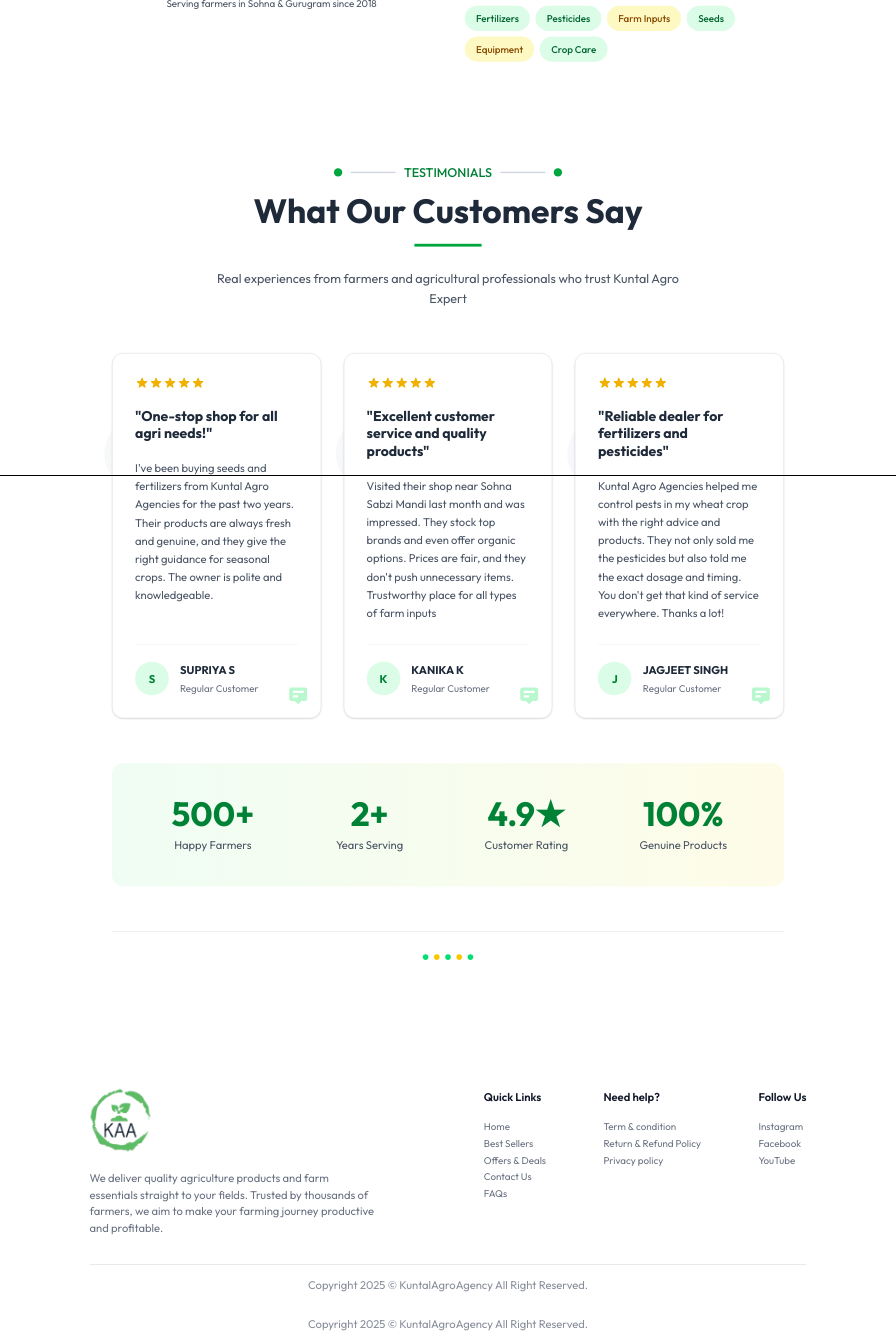
Repository: deepak445566/agro
Page: / (app in client/)
An editor plug-in stored every save of this project. The page is shown before and after the next save, followed by the edit.
The browser window is 1280 px wide. The pictures show the part of the page from y = 2225 to 4145 px (the page is 4145 px tall), at 70% of full size.
The page's requests for data from a server got no answer. Some web fonts or font styles are not loaded; a fallback is used. The project was rebuilt for these pictures with package versions that can differ from the ones it lists, and the page was loaded fresh each time. No one was signed in, and anything a server would have sent is missing. Also part of the build but not shown: client/vite.config.js, client/src/components/ProductCard.jsx, client/src/components/BottomBanner.jsx, client/src/components/NewsLetter.jsx, client/src/components/Login.jsx, client/src/pages/AllProduct.jsx, client/src/pages/Productcato.jsx, client/src/pages/ProductDetail.jsx and 13 more.

Above is the page before, as saved 2025-12-23 10:26:47.

### client/index.html
<!doctype html>
<html lang="en">
  <head>
    <meta charset="UTF-8" />
    <link rel="icon" type="image/svg+xml" href="/logo1.png" />
    <meta name="viewport" content="width=device-width, initial-scale=1.0" />
    <title>Kuntal Agro Agencies</title>
  </head>
  <body>
    <div id="root"></div>
    <script type="module" src="/src/main.jsx"></script>
  </body>
</html>

### client/src/main.jsx
import { StrictMode } from 'react'
import { createRoot } from 'react-dom/client'
import './index.css'
import App from './App.jsx'
import {BrowserRouter} from 'react-router-dom'
import { AppContextProvider } from './context/AppContext.jsx'


createRoot(document.getElementById('root')).render(
  <BrowserRouter>
  <AppContextProvider>
    <App />
    </AppContextProvider>
 </BrowserRouter>,
)

### client/src/index.css



@import url('https://fonts.googleapis.com/css2?family=Anton&family=Archivo+Black&family=Bebas+Neue&family=Bungee&family=Exo+2:ital,wght@0,100..900;1,100..900&family=Frijole&family=Kaushan+Script&family=Lilita+One&family=Mozilla+Headline:wght@200..700&family=Outfit:wght@100..900&family=Poppins:ital,wght@0,100;0,200;0,300;0,400;0,500;0,600;0,700;0,800;0,900;1,100;1,200;1,300;1,500;1,600;1,700;1,800;1,900&family=Rowdies:wght@300;400;700&family=Signika+Negative:wght@300..700&display=swap');

@import "tailwindcss";

*{
  font-family: "Outfit", sans-serif;
}
@theme {
  --color-primary:#4fbf8b;
  --color-primary-dull: #44ae7c;
}
/* ખાસ modal transitions */
.modal-enter {
  opacity: 0;
  transform: scale(0.9);
}

.modal-enter-active {
  opacity: 1;
  transform: scale(1);
  transition: opacity 300ms, transform 300ms;
}

.modal-exit {
  opacity: 1;
}

.modal-exit-active {
  opacity: 0;
  transform: scale(0.9);
  transition: opacity 300ms, transform 300ms;
}

### client/src/App.jsx
import React from 'react'
import Navbar from './components/Navbar'
import Home from './pages/Home'
import { Route, Routes, useLocation } from 'react-router-dom'
import { Toaster } from 'react-hot-toast';
import Footer from './components/Footer';
import { useAppContext } from './context/AppContext';
import Login from './components/Login';
import AllProduct from './pages/AllProduct';
import Productcato from './pages/Productcato';
import ProductDetail from './pages/ProductDetail';
import Cart from './pages/Cart';
import Addaddress from './components/Addaddress';
import Myorders from './pages/Myorders';
import SellerLogin from './components/seller/SellerLogin';
import SellerLayout from './pages/seller/SellerLayout';
import Addproduct from './pages/seller/Addproduct';
import ProductList from './pages/seller/ProductList';
import Order from './pages/seller/Order';
import Loading from './components/Loading';
import TermsAndConditions from './pages/Term';
import ReturnRefundPolicy from './pages/Return';
import PrivacyPolicy from './pages/Policy';
import Contact from './components/Contact';

function App() {
  const isSellerPath = useLocation().pathname.includes("seller");
  const {showLogin,isSeller} = useAppContext();

  return (
    <>
      <div className='text-default min-h-screen text-gray-700 bg-white'>
        {isSellerPath ? null : <Navbar/>}
        {showLogin ? <Login/> : null}
        <Toaster></Toaster>
        <div className={` ${isSellerPath ? " ":"px-6 md:px-16 lg:px-24 xl:px-32" }`}>
          <Routes>
            <Route path='/' element={<Home/>}/>
            <Route path='/products' element={<AllProduct/>}/>

            {/* सबसे specific route पहले - subcategory route */}
            <Route path='/products/:category/:subcategory' element={<Productcato/>}/>

            {/* फिर category route */}
            <Route path='/products/:category' element={<Productcato/>}/>

            {/* Product detail के लिए अलग route pattern */}
            <Route path='/product/:id' element={<ProductDetail/>}/>

            <Route path='/cart' element={<Cart/>}/>
            <Route path='/add-address' element={<Addaddress/>}/>
            <Route path='/myOrders' element={<Myorders/>}/>
            <Route path="/loader" element={<Loading/>}/>
            <Route path="/term" element={<TermsAndConditions/>}/>
            <Route path="/return" element={<ReturnRefundPolicy/>}/>
            <Route path='/policy' element={<PrivacyPolicy/>}/>
<Route path='/contact' element={<Contact/>}/>
            <Route path='/seller' element={isSeller?<SellerLayout/> :<SellerLogin/>}>
              <Route index element={isSeller?<Addproduct/>:null} />
              <Route path='product-list' element={isSeller?<ProductList/>:null} />
              <Route path='orders' element={<Order/>}/>
            </Route>
          </Routes>
        </div>
        {!isSellerPath && <Footer />}
      </div>
    </>
  )
}

export default App;

### client/src/context/AppContext.jsx
import { createContext, useContext, useEffect, useState } from "react";
import { useNavigate } from "react-router-dom";

import toast from "react-hot-toast";
import axios from "axios";


axios.defaults.withCredentials = true;
axios.defaults.baseURL = import.meta.env.VITE_BACKEND_URL;






export const AppContext = createContext();

export const AppContextProvider = ({ children }) => {
  const navigate = useNavigate();

  const [user, setUser] = useState(null);
  const [isSeller, setIsSeller] = useState(false);
  const [showLogin, setShowLogin] = useState(false);
  const [products, setProducts] = useState([]);
  const [cartItems, setCartItems] = useState({});
  const [search, setSearch] = useState({});

  //status//
const fetchSeller = async () => {
  try {
    const { data } = await axios.get("/api/seller/isauth");

    if (data.success) {
      setIsSeller(true);

    } else {
      setIsSeller(false);
      console.log("Seller not authenticated:", data.message);
    }
  } catch (error) {
    console.error("Error checking seller auth:", error);
    setIsSeller(false);
  }
};





  const fetchUser = async ()=>{
    try {
      const {data} = await axios.get('/api/user/isauth');
      if(data.success){
        setUser(data.user)
        setCartItems(data.user.cartItems)

      }
    } catch (error) {
      setUser(null)
    }
  }


  // Fetch products
  const fetchProducts = async () => {
   try{
const {data} = await axios.get("/api/product/list")
if(data.success){
  setProducts(data.products)
}else{
  toast.error(data.message)
}
   }catch(error){
toast.error(error.message)
   }
  };

  // Add to cart
  const addToCart = (itemId) => {
    let cartData = structuredClone(cartItems);
    if (cartData[itemId]) {
      cartData[itemId] += 1;
    } else {
      cartData[itemId] = 1;
    }
    setCartItems(cartData);
    console.log(cartItems);
    toast.success("Added to Cart");
  };

  // Update cart quantity
  const updateCart = (itemId, quantity) => {
    let cartData = structuredClone(cartItems);
    if (quantity <= 0) {
      delete cartData[itemId];
    } else {
      cartData[itemId] = quantity;
    }
    setCartItems(cartData);
  };

  // Remove product from cart completely
  const removeFromCart = (itemId) => {
    let cartData = structuredClone(cartItems);
    if (cartData[itemId]) {
      delete cartData[itemId];
      setCartItems(cartData);
      toast.success("Removed from Cart");
    }
  };

  const getcount = () => {
    let totalcount = 0;
    for (const item in cartItems) {
      totalcount += cartItems[item];
    }
    return totalcount;
  };

  const gettotal = () => {
    let totalAmount = 0;
    for (const itemId in cartItems) {
      let itemInfo = products.find((pro) => pro._id === itemId);
      if (itemInfo && cartItems[itemId] > 0) {
        totalAmount += itemInfo.offerPrice * cartItems[itemId]; // ✅ fixed property name
      }
    }
    return Math.floor(totalAmount * 100) / 100;
  };

  useEffect(() => {
    fetchSeller()
    fetchUser()
    fetchProducts()
  }, []);
//databasecrt items//
useEffect(()=>{
const updateCart = async () => {
  try {
    const { data } = await axios.post('/api/cart/update', {
      userId: user._id,   // make sure user object has _id
      cartItems
    });
    if (!data.success) {
      toast.error(data.message);
    }
  } catch (error) {
    toast.error(error.message);
  }
};

if(user){
  updateCart()
}


},[cartItems])



  const value = {
    navigate,
    user,
    setUser,
    isSeller,
    setIsSeller,
    showLogin,
    setShowLogin,
    products,
    addToCart,
    updateCart,
    removeFromCart, // ⬅ new function
    cartItems,
    search,
    setSearch,
    getcount,
    gettotal,
    axios,
    fetchProducts,
    setCartItems
  };

  return <AppContext.Provider value={value}>{children}</AppContext.Provider>;
};

// Custom hook
export const useAppContext = () => {
  return useContext(AppContext);
};

### client/src/pages/Home.jsx
import React from 'react'

import MainBanner from '../components/MainBanner'

import BestSeller from '../components/BestSeller'
import BottomBanner from '../components/BottomBanner'
import NewsLetter from '../components/NewsLetter'
import OurStory from '../components/OurStory'
import Reviews from '../components/Reviews'
import Categories from '../components/Categories'

export default function() {
  return (
   <>
   <div className='mt-10'>
    <MainBanner/>
 <Categories/>
    <BestSeller/>
    <OurStory/>
   <Reviews/>

   </div>
   </>
  )
}

### client/src/components/Footer.jsx
import React from 'react'
import { assets, footerLinks } from '../assets/assets'

function Footer() {
  return (
 <>
  <div className="px-6 md:px-16 lg:px-24 xl:px-32 mt-24">
            <div className="flex flex-col md:flex-row items-start justify-between gap-10 py-10 border-b border-gray-500/30 text-gray-500">
                <div>
                    <img className="w-34 md:w-22" src="/logo1.png" alt="dummyLogoColored" />
                    <p className="max-w-[410px] mt-6">We deliver quality agriculture products and farm essentials straight to your fields. Trusted by thousands of farmers, we aim to make your farming journey productive and profitable.</p>
                </div>
                <div className="flex flex-wrap justify-between w-full md:w-[45%] gap-5 ">
                    {footerLinks.map((section, index) => (
                        <div key={index}>
                            <h3 className="font-semibold text-base text-gray-900 md:mb-5 mb-2">{section.title}</h3>
                            <ul className="text-sm space-y-1">
                                {section.links.map((link, i) => (
                                    <li key={i}>
                                        <a href={link.url} className="hover:underline transition">{link.text}</a>
                                    </li>
                                ))}
                            </ul>
                        </div>
                    ))}
                </div>
            </div>
            <div>
            <p className="py-4 text-center text-sm md:text-base text-gray-500/80">
                Copyright 2025 © <a href="https://prebuiltui.com">KuntalAgroAgency</a> All Right Reserved.
            </p>
              <p className="py-4 text-center text-sm md:text-base text-gray-500/80">
                Copyright 2025 © <a href="https://prebuiltui.com">KuntalAgroAgency</a> All Right Reserved.
            </p>
            </div>
        </div>

 </>
  )
}

export default Footer

### client/src/components/MainBanner.jsx
import React from "react";
import { assets } from "../assets/assets";
import { Link } from "react-router-dom";

function MainBanner() {
  return (
    <div className="relative w-full">
      {/* Banner image */}
      <img
        src="/lo.png"
        alt="Main banner"
        className="w-full hidden md:block"
      />
      <img
        src="/mo.png"
        alt="Main banner mobile"
        className="w-full md:hidden"
      />

      {/* Overlay content */}
      <div className="absolute inset-0 flex flex-col justify-center md:items-start items-center px-6 md:px-16 mt-96 lg:mt-0 md:mt-0">


        {/* Buttons */}
        <div className="lg:mt-66 mt-20 mr-32 flex flex-col md:flex-row items-center  md:justify-start gap-4">
          <Link
            to="/products"
            className="flex items-center gap-2 px-7 py-3 bg-green-500 hover:bg-green-600 text-white rounded-md transition"
          >
            Shop now
            <img
              src={assets.white_arrow_icon}
              alt="arrow"
              className="w-4 h-4"
            />
          </Link>


        </div>
      </div>
    </div>
  );
}

export default MainBanner;

### client/src/components/BestSeller.jsx
import React from "react";
import ProductCard from "./ProductCard";
import { useAppContext } from "../context/AppContext";

function BestSeller() {
  const { products } = useAppContext();

  return (
    <div className="mt-10">
      {/* Heading */}
      <p className="text-2xl md:text-3xl font-semibold mb-4">
        Best Products
      </p>

      {/* Products Grid */}
      <div className="grid grid-cols-2 sm:grid-cols-3 md:grid-cols-4 lg:grid-cols-5 gap-4 lg:gap-6">
        {products
          .filter((item) => item.inStock)
          .slice(0, 5)
          .map((item) => (
            <ProductCard key={item._id} product={item} />
          ))}
      </div>
    </div>
  );
}

export default BestSeller;

### client/src/components/Categories.jsx
import React from "react";
import { assets, categories } from "../assets/assets";
import { useAppContext } from "../context/AppContext";

function Categories() {
  const { navigate } = useAppContext();

  // Function to handle category click
  const handleCategoryClick = (category) => {
    navigate(`/products/${category.text.toLowerCase()}`);
    scrollTo(0, 0);
  };

  return (
    <div className="mt-16">
      <div className="flex items-center justify-between mb-6">
        <p className="text-2xl md:text-3xl font-bold text-gray-900">Shop By Category</p>
        <div className="w-16 h-1 bg-primary rounded-full"></div>
      </div>

      {/* Main Categories Grid */}
      <div className="grid grid-cols-2 sm:grid-cols-3 md:grid-cols-5 lg:grid-cols-6 xl:grid-cols-7 gap-4">
        {categories.map((category, index) => (
          <div
            key={index}
            className="group cursor-pointer py-5 px-3 rounded-xl flex flex-col justify-center items-center border transition-all duration-300 hover:scale-105 hover:shadow-lg"
            style={{
              backgroundColor: category.bgColor || "#ffffff",
              borderColor: category.bgColor ? category.bgColor + "80" : "#e5e7eb"
            }}
            onClick={() => handleCategoryClick(category)}
          >
            {/* Category Icon/Image */}
            <div className="relative">
              {category.image ? (
                <img
                  src={category.image}
                  alt={category.text}
                  className="transition-transform duration-300 group-hover:scale-110 max-w-20"
                />
              ) : (
                <div className="w-16 h-16 flex items-center justify-center text-3xl">
                  {getCategoryEmoji(category.text)}
                </div>
              )}
            </div>

            {/* Category Name */}
            <p className="text-sm font-semibold mt-3 text-center text-gray-800">
              {category.text}
            </p>
          </div>
        ))}
      </div>
    </div>
  );
}

// Function to get emoji for category
const getCategoryEmoji = (category) => {
  const emojiMap = {
    "Crop": "🌱",
    "Fertilizer": "🧪",
    "Pesticide": "🐛",
    "Household Items": "🏠",
    "Sprayers": "💦",
    "Sprayers Parts": "🔧",
    "Terrace Gardening": "🏡",
    "Household Insecticides": "🦟",
    "Farm Machinery": "🚜",
    "Plantation": "🌴"
  };

  return emojiMap[category] || "📦";
};

export default Categories;

Loaded but not shown: client/src/assets/assets.js (185 lines, source omitted); client/src/components/Navbar.jsx (396 lines, source omitted); client/src/components/OurStory.jsx (171 lines, source omitted); client/src/components/Reviews.jsx (170 lines, source omitted)

After the next save:
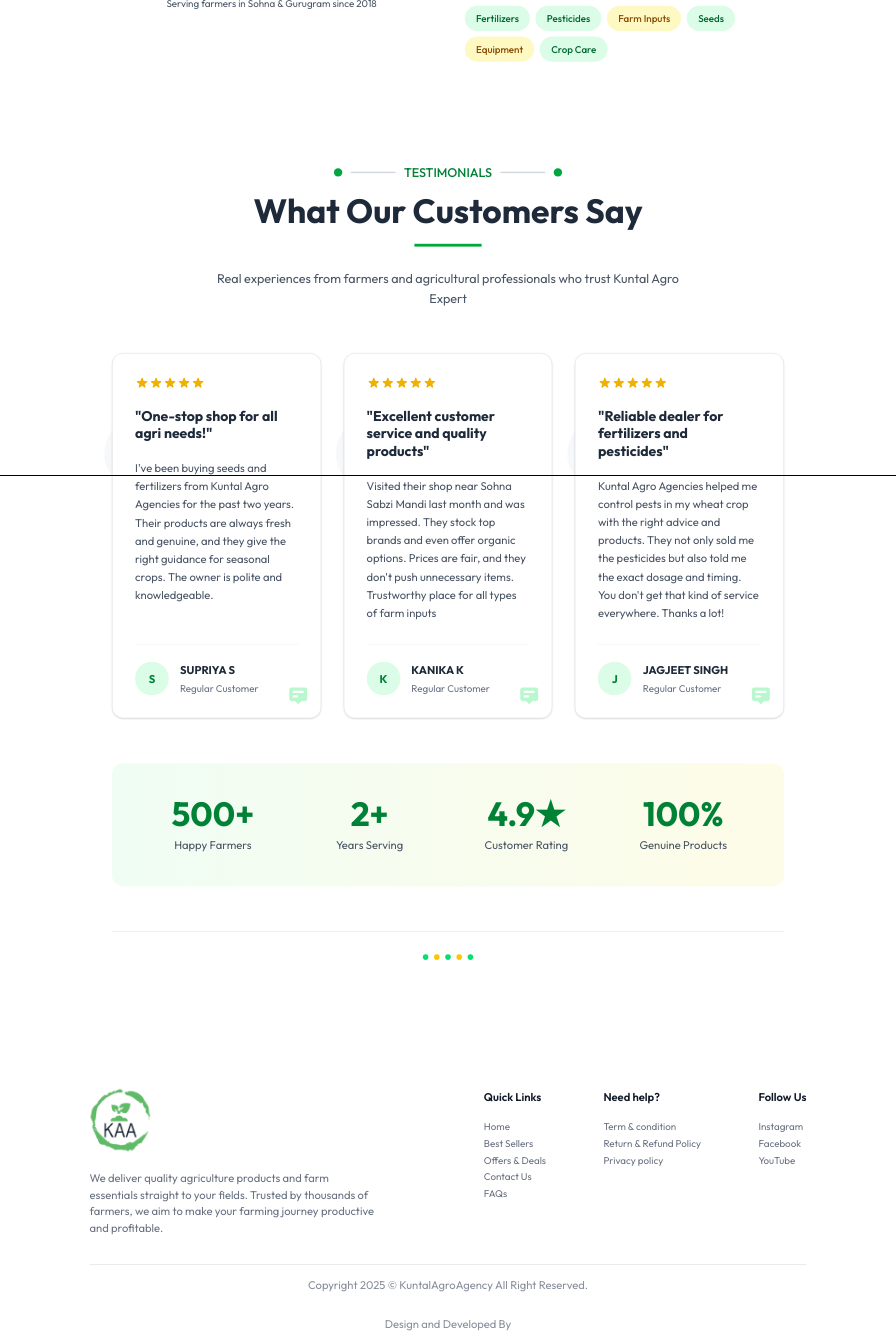
Saved 13 s later.
--- a/client/src/components/Footer.jsx
+++ b/client/src/components/Footer.jsx
@@ -30,7 +30,7 @@
                 Copyright 2025 © <a href="https://prebuiltui.com">KuntalAgroAgency</a> All Right Reserved.
             </p>
               <p className="py-4 text-center text-sm md:text-base text-gray-500/80">
-                Copyright 2025 © <a href="https://prebuiltui.com">KuntalAgroAgency</a> All Right Reserved.
+               Design and Developed By
             </p>
             </div>
         </div>
